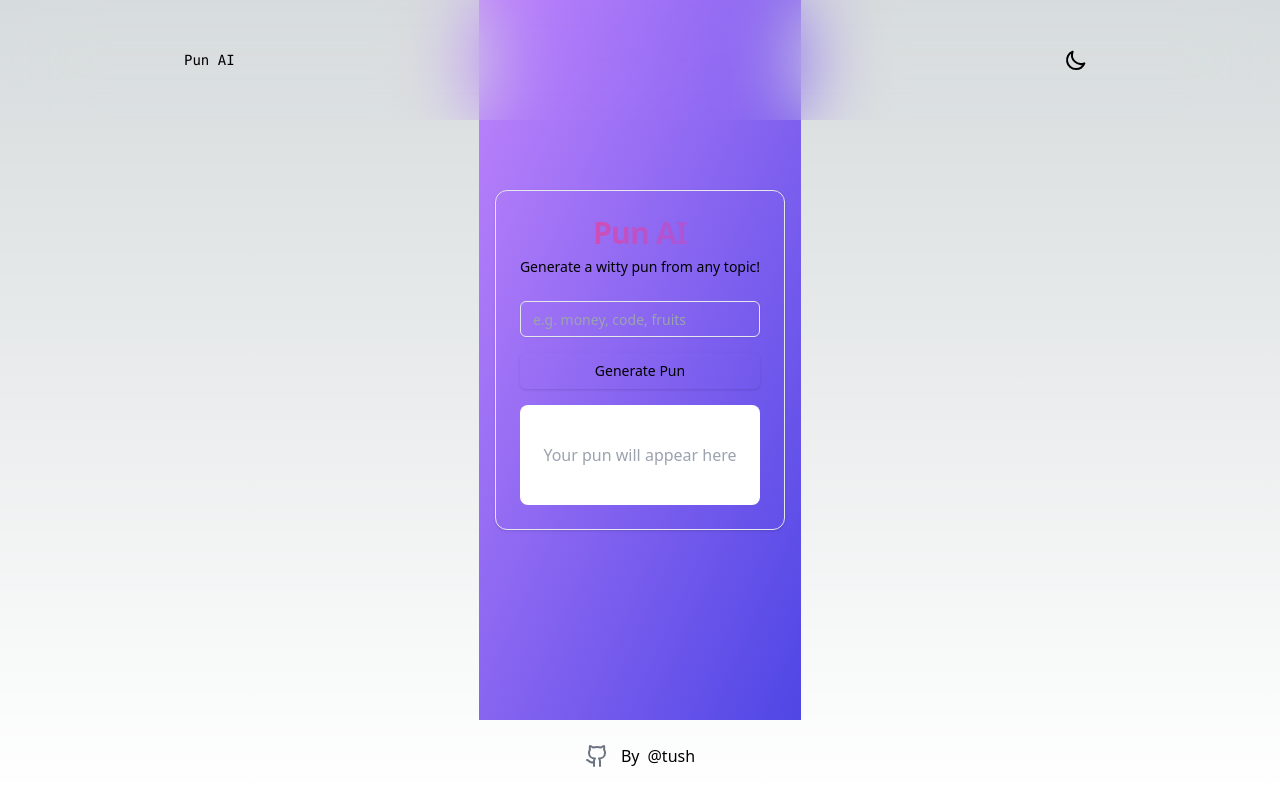
Repository: tushcmd/next-puns-ai
Page: /
The author's editor kept a copy of each file at every save. The page is drawn from the files as they stood at one save, then again after the next save.
The browser window is 1280 px wide. The pictures show the whole page.
The project was rebuilt for these pictures with package versions that can differ from the ones it lists, and the page was loaded fresh each time. The framework's server and built-in components were replaced by stand-ins that run in the browser. Also part of the build but not shown: next.config.mjs.

Above is the page before, as saved 2024-08-10 04:21:12.

### app/layout.tsx
import type { Metadata } from "next";
import { Inter } from "next/font/google";
import "./globals.css";
import { ThemeProvider } from "next-themes"
import { Toaster } from "@/components/ui/toaster"

const inter = Inter({ subsets: ["latin"] });

export const metadata: Metadata = {
  title: "Puns AI",
  description: "Generate puns from a topic",
};

export default function RootLayout({
  children,
}: Readonly<{
  children: React.ReactNode;
}>) {
  return (
    <html lang="en">
      <body className={`bg-background text-color {inter.className} w-full overflow-y-visible overflow-x-hidden`}>
        <ThemeProvider>
          {children}
          <Toaster />
        </ThemeProvider>

      </body>
    </html>
  );
}

### app/page.tsx
import Footer from "../components/footer";
import Header from "../components/header";
import Hero from "../components/hero";



export default function Home() {

  return (
    <main className="flex min-h-screen flex-col items-center">
      <Header />
      <Hero />
      <Footer />
    </main>
  );
}

### app/globals.css
@tailwind base;
@tailwind components;
@tailwind utilities;


@layer base {
  :root {
    --foreground-rgb: 0, 0, 0;
    --background-start-rgb: 214, 219, 220;
    --background-end-rgb: 255, 255, 255;
  }

  [data-theme="dark"] {
    --foreground-rgb: 255, 255, 255;
    --background-start-rgb: 0, 0, 0;
    --background-end-rgb: 0, 0, 0;
  }


}


* {
  scroll-behavior: smooth;
}


body {
  color: rgb(var(--foreground-rgb));
  background: linear-gradient(
      to bottom,
      transparent,
      rgb(var(--background-end-rgb))
    )
    rgb(var(--background-start-rgb));
}

@layer utilities {
  .text-balance {
    text-wrap: balance;
  }
}

### components/ui/toaster.tsx
"use client"

import {
  Toast,
  ToastClose,
  ToastDescription,
  ToastProvider,
  ToastTitle,
  ToastViewport,
} from "@/components/ui/toast"
import { useToast } from "@/components/ui/use-toast"

export function Toaster() {
  const { toasts } = useToast()

  return (
    <ToastProvider>
      {toasts.map(function ({ id, title, description, action, ...props }) {
        return (
          <Toast key={id} {...props}>
            <div className="grid gap-1">
              {title && <ToastTitle>{title}</ToastTitle>}
              {description && (
                <ToastDescription>{description}</ToastDescription>
              )}
            </div>
            {action}
            <ToastClose />
          </Toast>
        )
      })}
      <ToastViewport />
    </ToastProvider>
  )
}

### components/footer.tsx
import Link from "next/link";


export default function Footer() {
    return (
        <div className="inline-flex p-6 max-w-3xl gap-3 items-center text-center">
            <div>
                <Link
                    href="https://github.com/tushcmd/next-puns-ai"
                    target="_blank"
                    rel="noreferrer"
                    className="text-gray-500 hover:text-gray-900 dark:text-gray-400 dark:hover:text-gray-200"
                >
                    <svg xmlns="http://www.w3.org/2000/svg" width="24" height="24" viewBox="0 0 24 24" fill="none" stroke="currentColor" stroke-width="2" stroke-linecap="round" stroke-linejoin="round" className="lucide lucide-github"><path d="M15 22v-4a4.8 4.8 0 0 0-1-3.5c3 0 6-2 6-5.5.08-1.25-.27-2.48-1-3.5.28-1.15.28-2.35 0-3.5 0 0-1 0-3 1.5-2.64-.5-5.36-.5-8 0C6 2 5 2 5 2c-.3 1.15-.3 2.35 0 3.5A5.403 5.403 0 0 0 4 9c0 3.5 3 5.5 6 5.5-.39.49-.68 1.05-.85 1.65-.17.6-.22 1.23-.15 1.85v4" /><path d="M9 18c-4.51 2-5-2-7-2" /></svg>
                </Link>
            </div>
            <Link
                className="pointer-events-none flex place-items-center gap-2 px-8 lg:pointer-events-auto lg:p-0"
                href="https://tushdev.co/"
                target="_blank"
                rel="noopener noreferrer"
            >
                By{" "}
                <p>@tush</p>
            </Link>

        </div>
    )
}

### components/header.tsx
import Link from "next/link";
import ThemeSwitchButton from "./ThemeSwitchButton";

export default function Header() {
    return (
        <header className="fixed flex justify-center items-center w-full t-0 md:pb-4 md:pt-4 backdrop-blur-2xl">
            <div className="flex flex-row items-center w-full p-6 md:max-w-5xl justify-between font-mono text-sm">
                <Link
                    className="px-2 md:px-8"
                    href='/'
                >
                    Pun AI
                </Link>

                <div className="px-2 md:px-8">
                    <ThemeSwitchButton />
                </div>
            </div>
        </header>


    );
}

### components/ui/toast.tsx
"use client"

import * as React from "react"
import { Cross2Icon } from "@radix-ui/react-icons"
import * as ToastPrimitives from "@radix-ui/react-toast"
import { cva, type VariantProps } from "class-variance-authority"

import { cn } from "@/lib/utils"

const ToastProvider = ToastPrimitives.Provider

const ToastViewport = React.forwardRef<
  React.ElementRef<typeof ToastPrimitives.Viewport>,
  React.ComponentPropsWithoutRef<typeof ToastPrimitives.Viewport>
>(({ className, ...props }, ref) => (
  <ToastPrimitives.Viewport
    ref={ref}
    className={cn(
      "fixed top-0 z-[100] flex max-h-screen w-full flex-col-reverse p-4 sm:bottom-0 sm:right-0 sm:top-auto sm:flex-col md:max-w-[420px]",
      className
    )}
    {...props}
  />
))
ToastViewport.displayName = ToastPrimitives.Viewport.displayName

const toastVariants = cva(
  "group pointer-events-auto relative flex w-full items-center justify-between space-x-2 overflow-hidden rounded-md border p-4 pr-6 shadow-lg transition-all data-[swipe=cancel]:translate-x-0 data-[swipe=end]:translate-x-[var(--radix-toast-swipe-end-x)] data-[swipe=move]:translate-x-[var(--radix-toast-swipe-move-x)] data-[swipe=move]:transition-none data-[state=open]:animate-in data-[state=closed]:animate-out data-[swipe=end]:animate-out data-[state=closed]:fade-out-80 data-[state=closed]:slide-out-to-right-full data-[state=open]:slide-in-from-top-full data-[state=open]:sm:slide-in-from-bottom-full",
  {
    variants: {
      variant: {
        default: "border bg-background text-foreground",
        destructive:
          "destructive group border-destructive bg-destructive text-destructive-foreground",
      },
    },
    defaultVariants: {
      variant: "default",
    },
  }
)

const Toast = React.forwardRef<
  React.ElementRef<typeof ToastPrimitives.Root>,
  React.ComponentPropsWithoutRef<typeof ToastPrimitives.Root> &
    VariantProps<typeof toastVariants>
>(({ className, variant, ...props }, ref) => {
  return (
    <ToastPrimitives.Root
      ref={ref}
      className={cn(toastVariants({ variant }), className)}
      {...props}
    />
  )
})
Toast.displayName = ToastPrimitives.Root.displayName

const ToastAction = React.forwardRef<
  React.ElementRef<typeof ToastPrimitives.Action>,
  React.ComponentPropsWithoutRef<typeof ToastPrimitives.Action>
>(({ className, ...props }, ref) => (
  <ToastPrimitives.Action
    ref={ref}
    className={cn(
      "inline-flex h-8 shrink-0 items-center justify-center rounded-md border bg-transparent px-3 text-sm font-medium transition-colors hover:bg-secondary focus:outline-none focus:ring-1 focus:ring-ring disabled:pointer-events-none disabled:opacity-50 group-[.destructive]:border-muted/40 group-[.destructive]:hover:border-destructive/30 group-[.destructive]:hover:bg-destructive group-[.destructive]:hover:text-destructive-foreground group-[.destructive]:focus:ring-destructive",
      className
    )}
    {...props}
  />
))
ToastAction.displayName = ToastPrimitives.Action.displayName

const ToastClose = React.forwardRef<
  React.ElementRef<typeof ToastPrimitives.Close>,
  React.ComponentPropsWithoutRef<typeof ToastPrimitives.Close>
>(({ className, ...props }, ref) => (
  <ToastPrimitives.Close
    ref={ref}
    className={cn(
      "absolute right-1 top-1 rounded-md p-1 text-foreground/50 opacity-0 transition-opacity hover:text-foreground focus:opacity-100 focus:outline-none focus:ring-1 group-hover:opacity-100 group-[.destructive]:text-red-300 group-[.destructive]:hover:text-red-50 group-[.destructive]:focus:ring-red-400 group-[.destructive]:focus:ring-offset-red-600",
      className
    )}
    toast-close=""
    {...props}
  >
    <Cross2Icon className="h-4 w-4" />
  </ToastPrimitives.Close>
))
ToastClose.displayName = ToastPrimitives.Close.displayName

const ToastTitle = React.forwardRef<
  React.ElementRef<typeof ToastPrimitives.Title>,
  React.ComponentPropsWithoutRef<typeof ToastPrimitives.Title>
>(({ className, ...props }, ref) => (
  <ToastPrimitives.Title
    ref={ref}
    className={cn("text-sm font-semibold [&+div]:text-xs", className)}
    {...props}
  />
))
ToastTitle.displayName = ToastPrimitives.Title.displayName

const ToastDescription = React.forwardRef<
  React.ElementRef<typeof ToastPrimitives.Description>,
  React.ComponentPropsWithoutRef<typeof ToastPrimitives.Description>
>(({ className, ...props }, ref) => (
  <ToastPrimitives.Description
    ref={ref}
    className={cn("text-sm opacity-90", className)}
    {...props}
  />
))
ToastDescription.displayName = ToastPrimitives.Description.displayName

type ToastProps = React.ComponentPropsWithoutRef<typeof Toast>

type ToastActionElement = React.ReactElement<typeof ToastAction>

export {
  type ToastProps,
  type ToastActionElement,
  ToastProvider,
  ToastViewport,
  Toast,
  ToastTitle,
  ToastDescription,
  ToastClose,
  ToastAction,
}

### components/ThemeSwitchButton.tsx
'use client'

import { useEffect, useState } from 'react';
import { useTheme } from 'next-themes';

export default function ThemeSwitchButton() {
    const [mounted, setMounted] = useState(false);
    const { resolvedTheme, setTheme } = useTheme();
    // After mounting, we have access to the theme
    useEffect(() => setMounted(true), []);

    return (

        <button
            aria-label="Toggle Dark Mode"
            type="button"
            className="w-10 h-10 flex items-center justify-center hover:bg-neutral-200 hover:dark:bg-neutral-600 rounded-full transition-all"
            onClick={() =>
                setTheme(resolvedTheme === "dark" ? "light" : "dark")
            }
        >
            {mounted && (
                <svg xmlns="http://www.w3.org/2000/svg"
                    fill="none"
                    viewBox="0 0 24 24"
                    strokeWidth="1.5"
                    stroke="currentColor"
                    className="w-6 h-6 switch">

                    {resolvedTheme === "dark" ? (
                        <path
                            strokeLinecap="round"
                            strokeLinejoin="round"
                            strokeWidth={2}
                            d="M12 3v1m0 16v1m9-9h-1M4 12H3m15.364 6.364l-.707-.707M6.343 6.343l-.707-.707m12.728 0l-.707.707M6.343 17.657l-.707.707M16 12a4 4 0 11-8 0 4 4 0 018 0z"
                        />

                    ) : (
                        <path
                            strokeLinecap="round"
                            strokeLinejoin="round"
                            strokeWidth={2}
                            d="M20.354 15.354A9 9 0 018.646 3.646 9.003 9.003 0 0012 21a9.003 9.003 0 008.354-5.646z"
                        />

                    )}
                </svg>
            )
            }
        </button >

    )
}

### components/ui/button.tsx
import * as React from "react"
import { Slot } from "@radix-ui/react-slot"
import { cva, type VariantProps } from "class-variance-authority"

import { cn } from "@/lib/utils"

const buttonVariants = cva(
  "inline-flex items-center justify-center whitespace-nowrap rounded-md text-sm font-medium transition-colors focus-visible:outline-none focus-visible:ring-1 focus-visible:ring-ring disabled:pointer-events-none disabled:opacity-50",
  {
    variants: {
      variant: {
        default:
          "bg-primary text-primary-foreground shadow hover:bg-primary/90",
        destructive:
          "bg-destructive text-destructive-foreground shadow-sm hover:bg-destructive/90",
        outline:
          "border border-input bg-background shadow-sm hover:bg-accent hover:text-accent-foreground",
        secondary:
          "bg-secondary text-secondary-foreground shadow-sm hover:bg-secondary/80",
        ghost: "hover:bg-accent hover:text-accent-foreground",
        link: "text-primary underline-offset-4 hover:underline",
      },
      size: {
        default: "h-9 px-4 py-2",
        sm: "h-8 rounded-md px-3 text-xs",
        lg: "h-10 rounded-md px-8",
        icon: "h-9 w-9",
      },
    },
    defaultVariants: {
      variant: "default",
      size: "default",
    },
  }
)

export interface ButtonProps
  extends React.ButtonHTMLAttributes<HTMLButtonElement>,
    VariantProps<typeof buttonVariants> {
  asChild?: boolean
}

const Button = React.forwardRef<HTMLButtonElement, ButtonProps>(
  ({ className, variant, size, asChild = false, ...props }, ref) => {
    const Comp = asChild ? Slot : "button"
    return (
      <Comp
        className={cn(buttonVariants({ variant, size, className }))}
        ref={ref}
        {...props}
      />
    )
  }
)
Button.displayName = "Button"

export { Button, buttonVariants }

### components/ui/input.tsx
import * as React from "react"

import { cn } from "@/lib/utils"

export interface InputProps
  extends React.InputHTMLAttributes<HTMLInputElement> {}

const Input = React.forwardRef<HTMLInputElement, InputProps>(
  ({ className, type, ...props }, ref) => {
    return (
      <input
        type={type}
        className={cn(
          "flex h-9 w-full rounded-md border border-input bg-transparent px-3 py-1 text-sm shadow-sm transition-colors file:border-0 file:bg-transparent file:text-sm file:font-medium placeholder:text-muted-foreground focus-visible:outline-none focus-visible:ring-1 focus-visible:ring-ring disabled:cursor-not-allowed disabled:opacity-50",
          className
        )}
        ref={ref}
        {...props}
      />
    )
  }
)
Input.displayName = "Input"

export { Input }

### components/ui/card.tsx
import * as React from "react"

import { cn } from "@/lib/utils"

const Card = React.forwardRef<
  HTMLDivElement,
  React.HTMLAttributes<HTMLDivElement>
>(({ className, ...props }, ref) => (
  <div
    ref={ref}
    className={cn(
      "rounded-xl border bg-card text-card-foreground shadow",
      className
    )}
    {...props}
  />
))
Card.displayName = "Card"

const CardHeader = React.forwardRef<
  HTMLDivElement,
  React.HTMLAttributes<HTMLDivElement>
>(({ className, ...props }, ref) => (
  <div
    ref={ref}
    className={cn("flex flex-col space-y-1.5 p-6", className)}
    {...props}
  />
))
CardHeader.displayName = "CardHeader"

const CardTitle = React.forwardRef<
  HTMLParagraphElement,
  React.HTMLAttributes<HTMLHeadingElement>
>(({ className, ...props }, ref) => (
  <h3
    ref={ref}
    className={cn("font-semibold leading-none tracking-tight", className)}
    {...props}
  />
))
CardTitle.displayName = "CardTitle"

const CardDescription = React.forwardRef<
  HTMLParagraphElement,
  React.HTMLAttributes<HTMLParagraphElement>
>(({ className, ...props }, ref) => (
  <p
    ref={ref}
    className={cn("text-sm text-muted-foreground", className)}
    {...props}
  />
))
CardDescription.displayName = "CardDescription"

const CardContent = React.forwardRef<
  HTMLDivElement,
  React.HTMLAttributes<HTMLDivElement>
>(({ className, ...props }, ref) => (
  <div ref={ref} className={cn("p-6 pt-0", className)} {...props} />
))
CardContent.displayName = "CardContent"

const CardFooter = React.forwardRef<
  HTMLDivElement,
  React.HTMLAttributes<HTMLDivElement>
>(({ className, ...props }, ref) => (
  <div
    ref={ref}
    className={cn("flex items-center p-6 pt-0", className)}
    {...props}
  />
))
CardFooter.displayName = "CardFooter"

export { Card, CardHeader, CardFooter, CardTitle, CardDescription, CardContent }

### tailwind.config.ts
import type { Config } from "tailwindcss";

const config: Config = {
  darkMode: "class",
  content: [
    "./pages/**/*.{js,ts,jsx,tsx,mdx}",
    "./components/**/*.{js,ts,jsx,tsx,mdx}",
    "./app/**/*.{js,ts,jsx,tsx,mdx}",
  ],
  theme: {
    extend: {
      backgroundImage: {
        "gradient-radial": "radial-gradient(var(--tw-gradient-stops))",
        "gradient-conic":
          "conic-gradient(from 180deg at 50% 50%, var(--tw-gradient-stops))",
      },

      screens: {
        sm: '480px',
        md: '768px',
        lg: '976px',
        xl: '1440px',
      },
    },
  },
  plugins: [],
};
export default config;

Loaded but not shown: components/ui/use-toast.ts (common file); lib/utils.ts (common file); components/hero.tsx (332 lines, source omitted)

After the next save:
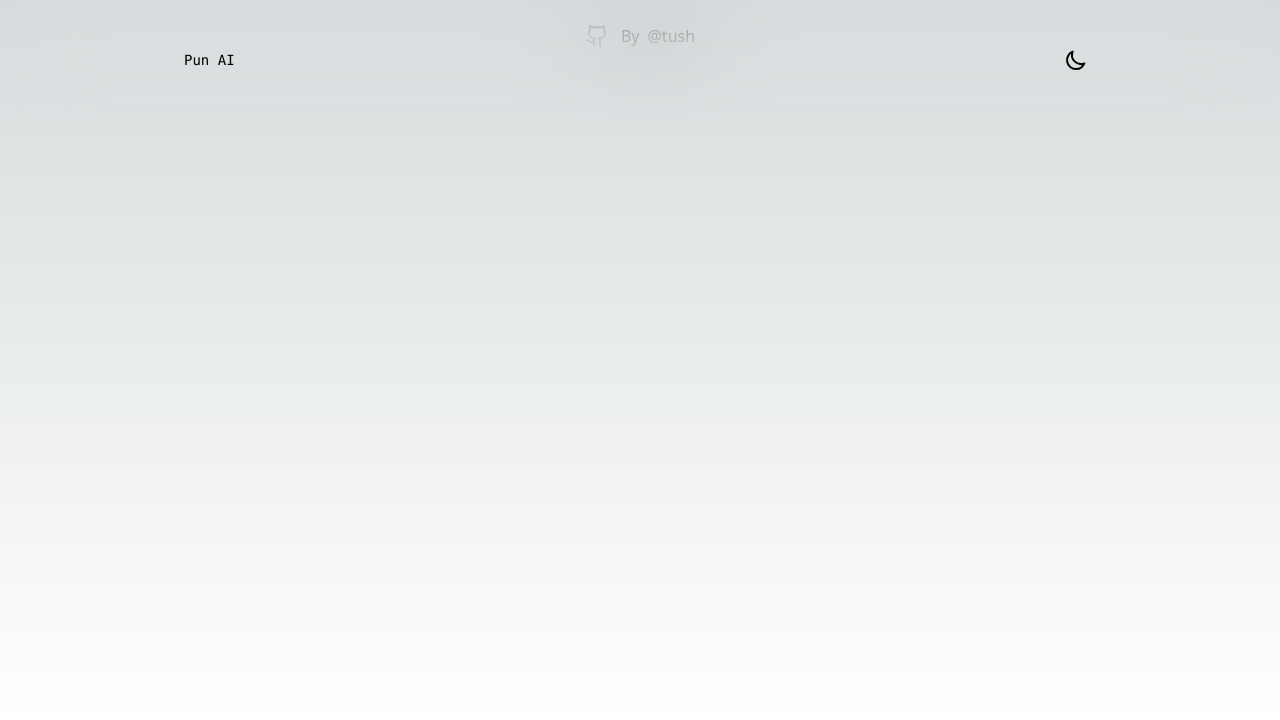
Saved 80 s later.
--- a/app/page.tsx
+++ b/app/page.tsx
@@ -9,7 +9,7 @@
   return (
     <main className="flex min-h-screen flex-col items-center">
       <Header />
-      <Hero />
+      {/* <Hero /> */}
       <Footer />
     </main>
   );
